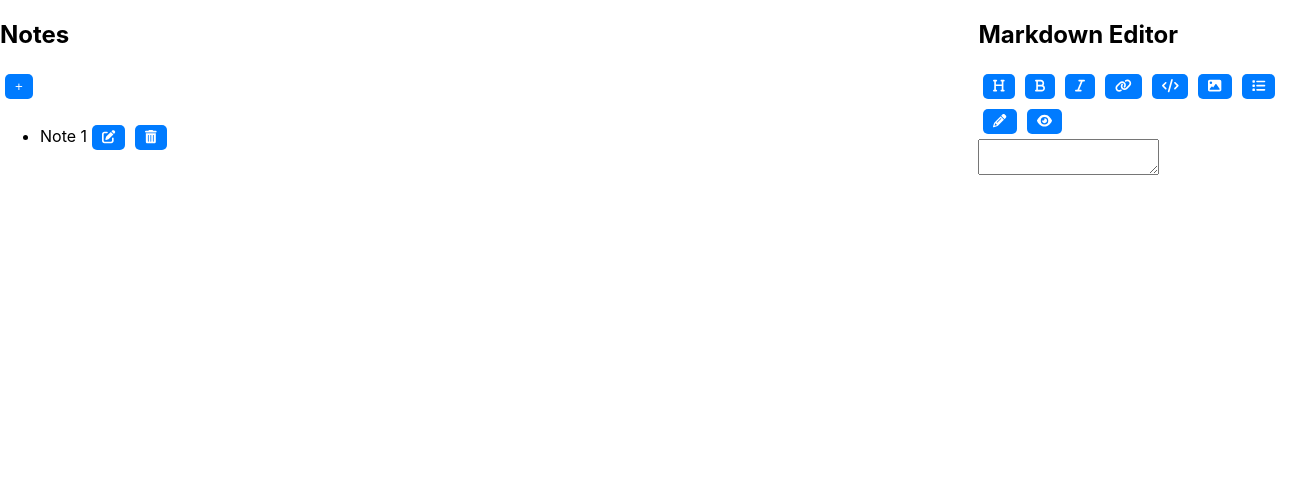
Repository: sriram1224/markdown_editor
Page: /
These files come from the project's save history. The page is drawn as it stood at one moment and after the next save; the edit follows.
The browser window is 1280 px wide. The page is 1280 px wide, then 1302 px, so the pictures cover 1302 px, including what lies to the right of the window. The pictures show the whole page.
The project was rebuilt for these pictures with package versions that can differ from the ones it lists, and the page was loaded fresh each time.

Above is the page before, as saved 2024-04-22 23:06:46.

### src/App.js
import "./App.css";
import MarkdownEditor from './Components/Markdown';
function App() {
  return (
    <div>
     <MarkdownEditor />
    </div>
  );
}

export default App;

### src/App.css
.markdown-editor {
  display: flex;
  justify-content: space-between;
}

.notes-section {
  width: 45%;
  background-color: #f5f5f5;
  padding: 20px;
  border-radius: 10px;
}

.notes-section h2 {
  color: #333;
}

.notes-section ul {
  list-style-type: none;
  padding: 0;
}

.notes-section ul li {
  margin: 10px 0;
}
.container{
  display: flex;
  justify-content: space-between;

}
.editor-section {

  background-color: #f5f5f5;
  padding: 20px;
  border-radius: 10px;
}

.editor-section h2 {
  color: #333;
}

.editor-section textarea {
  width: 100%;
  height: 300px;
  border-radius: 10px;
  padding: 10px;
  font-size: 16px;
}

button {
  margin: 5px;
  padding: 5px 10px;
  border: none;
  border-radius: 5px;
  background-color: #007bff;
  color: white;
  cursor: pointer;
}

button:hover {
  background-color: #0056b3;
}

### src/Components/Markdown.js
import React, { useState, useRef } from 'react';
import ReactMarkdown from 'react-markdown';
import { FontAwesomeIcon } from '@fortawesome/react-fontawesome';
import { faHeading, faBold, faItalic, faLink, faCode, faImage, faList, faEdit, faTrashAlt, faEye, faPencilAlt } from '@fortawesome/free-solid-svg-icons';


const MarkdownEditor = () => {
  const [notes, setNotes] = useState([{ id: 1, content: '' }]);
  const [currentNoteId, setCurrentNoteId] = useState(1);
  const [markdownContent, setMarkdownContent] = useState('');
  const [showEditor, setShowEditor] = useState(true);

  const textareaRef = useRef();

  const handleNoteAdd = () => {
    const newNoteId = (notes[notes.length - 1]?.id || 0) + 1;
    setNotes([...notes, { id: newNoteId, content: '' }]);
    setCurrentNoteId(newNoteId);
    setMarkdownContent('');
    setShowEditor(true);
  };

  const handleNoteChange = (id, content) => {
    const updatedNotes = notes.map((note) =>
      note.id === id ? { ...note, content } : note
    );
    setNotes(updatedNotes);
  };

  const handleEditorChange = (content) => {
    setMarkdownContent(content);
    handleNoteChange(currentNoteId, content);
  };

  const handleNoteClick = (id) => {
    const note = notes.find(note => note.id === id);
    if (note) {
      setCurrentNoteId(id);
      setMarkdownContent(note.content);
      setShowEditor(true);
    }
  };

  const handleMarkdownFeatureClick = (feature) => {
    const markdownSnippet = {
      heading: '# heading\n',
      bold: '**bold text**\n',
      italic: '*italic text*\n',
      link: '[link text](http://example.com)\n',
      code: '`code`\n',
      image: '![alt text](image.jpg)\n',
      list: '- list item\n',
    }[feature];

    const cursorPosition = textareaRef.current.selectionStart;
    const newMarkdownContent = [
      markdownContent.slice(0, cursorPosition),
      markdownSnippet,
      markdownContent.slice(cursorPosition),
    ].join('');

    setMarkdownContent(newMarkdownContent);
    handleNoteChange(currentNoteId, newMarkdownContent);
  };

  const handleNoteDelete = (id) => {
    setNotes(notes.filter(note => note.id !== id));
    if (id === currentNoteId) {
      setCurrentNoteId(null);
      setMarkdownContent('');
      setShowEditor(false);
    }
  };

  return (
    <div className="container">
      <div className="notes-container">
        <h2>Notes</h2>
        <button className="button" onClick={handleNoteAdd}>+</button>
        <ul>
          {notes.map((note) => (
            <li key={note.id}>
              Note {note.id}
              <button className="button" onClick={() => handleNoteClick(note.id)}><FontAwesomeIcon icon={faEdit} /></button>
              <button className="button" onClick={() => handleNoteDelete(note.id)}><FontAwesomeIcon icon={faTrashAlt} /></button>
            </li>
          ))}
        </ul>
      </div>
      <div className="markdown-container">
        <h2>Markdown Editor</h2>
        <div>
          <button className="button" onClick={() => handleMarkdownFeatureClick('heading')}><FontAwesomeIcon icon={faHeading} /></button>
          <button className="button" onClick={() => handleMarkdownFeatureClick('bold')}><FontAwesomeIcon icon={faBold} /></button>
          <button className="button" onClick={() => handleMarkdownFeatureClick('italic')}><FontAwesomeIcon icon={faItalic} /></button>
          <button className="button" onClick={() => handleMarkdownFeatureClick('link')}><FontAwesomeIcon icon={faLink} /></button>
          <button className="button" onClick={() => handleMarkdownFeatureClick('code')}><FontAwesomeIcon icon={faCode} /></button>
          <button className="button" onClick={() => handleMarkdownFeatureClick('image')}><FontAwesomeIcon icon={faImage} /></button>
          <button className="button" onClick={() => handleMarkdownFeatureClick('list')}><FontAwesomeIcon icon={faList} /></button>
        </div>
        <div>
          <button className="button" onClick={() => setShowEditor(true)}><FontAwesomeIcon icon={faPencilAlt} /></button>
          <button className="button" onClick={() => setShowEditor(false)}><FontAwesomeIcon icon={faEye} /></button>
        </div>
        {showEditor ? (
          <textarea
            ref={textareaRef}
            value={markdownContent}
            onChange={(e) => handleEditorChange(e.target.value)}
            className="textarea"
          />
        ) : (
          <ReactMarkdown className="markdown-content">{markdownContent}</ReactMarkdown>
        )}
      </div>
    </div>
  );
};

export default MarkdownEditor;

Loaded but not shown: public/index.html (common file); src/index.js (common file); src/index.css (common file); src/reportWebVitals.js (common file)

After the next save:
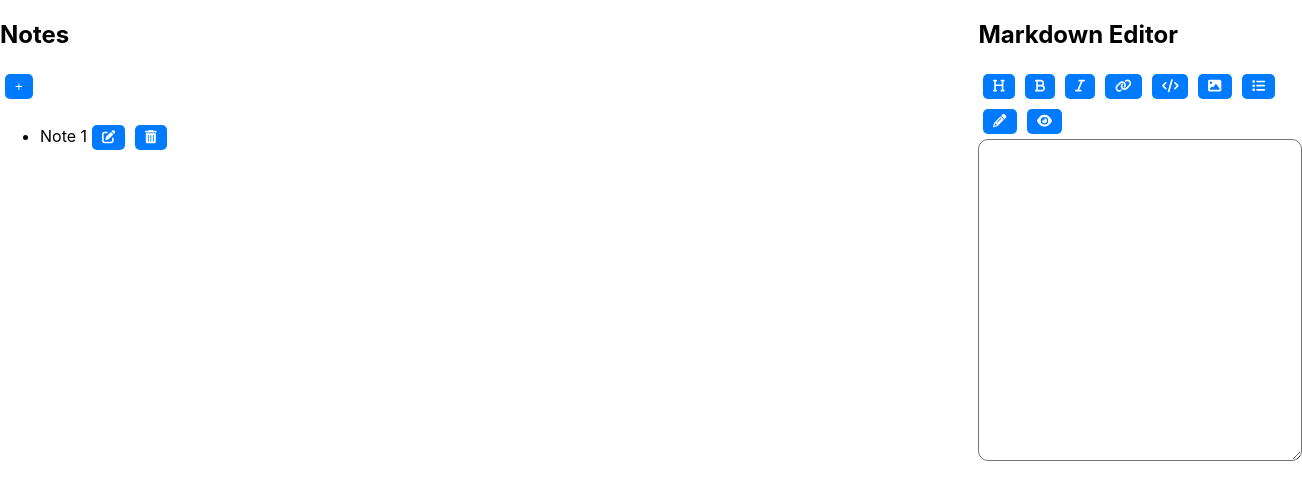
Saved 50 s later.
--- a/src/App.css
+++ b/src/App.css
@@ -17,6 +17,14 @@
 .notes-section ul {
   list-style-type: none;
   padding: 0;
+}
+.textarea{
+  width: 100%;
+  height: 300px;
+  border-radius: 10px;
+  padding: 10px;
+  font-size: 16px;
+
 }
 
 .notes-section ul li {
